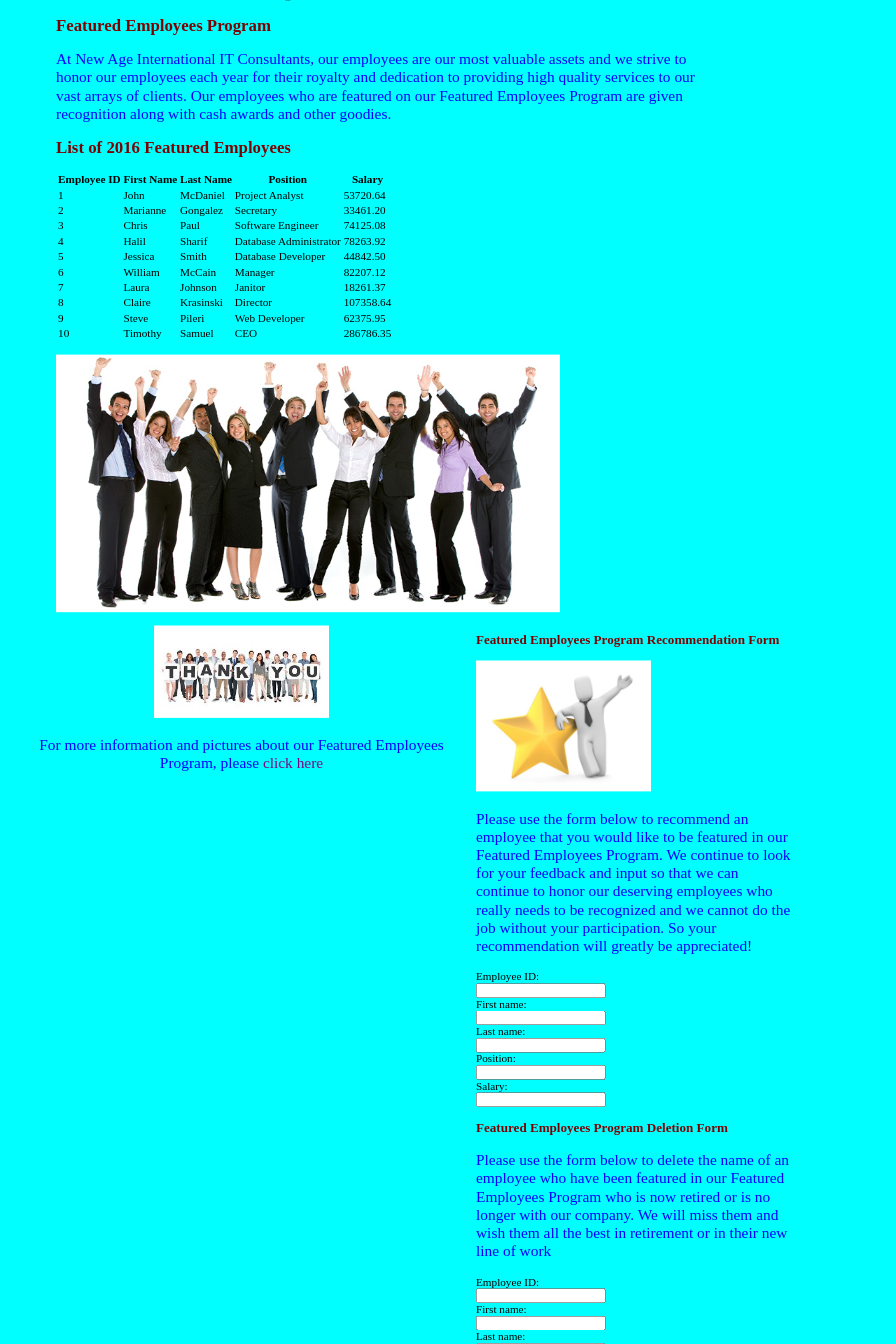
Repository: myjavaweb2/Week5JDBCAssignments
Page: myweek4project/src/main/webapp/employee.html
An editor plug-in stored every save of this project. The page is shown before and after the next save, followed by the edit.
The browser window is 1280 px wide. The pictures show the part of the page from y = 551 to 2471 px (the page is 2619 px tall before and 2624 px after), at 70% of full size.

Above is the page before, as saved 2016-08-30 19:32:25.

### myweek4project/src/main/webapp/employee.html
<!DOCTYPE html>
<html>
<head>
<meta charset="ISO-8859-1">
<title>Employee Recognition Program</title>

<link rel="stylesheet" type="text/css" href="styles.css">
</head>
<body>

	<header>

		<h1>New Age International IT Consultants</h1>

	</header>

	<main>

	<h2>We Are a Global Leaders in IT Consultants</h2>

	<p>New Age International IT Consultants is a worldwide IT
		consulting company that services many Fortune 500 companies. We
		provide support to reputable companies in the areas of software
		engineering, project management, IT analysis, database management
		systems, and information technology security. We also work with
		companies in screening their IT hires and provide mentoring to new
		hires and experienced company staffs.</p>

	<h3>List of our Major Services</h3>

	<ul>
		<li>Software Engineering</li>
		<li>Project Management</li>
		<li>Database Administration</li>
		<li>Web Design and Development</li>
		<li>IT Skills Recruitment and Mentoring</li>
	</ul>

	<h2>Featured Employees Program</h2>
	<p>At New Age International IT Consultants, our employees are our
		most valuable assets and we strive to honor our employees each year
		for their royalty and dedication to providing high quality services to
		our vast arrays of clients. Our employees who are featured on our
		Featured Employees Program are given recognition along with cash
		awards and other goodies.</p>

	<h2>List of 2016 Featured Employees</h2>

	<table class="table table-striped">
		<tr>
			<th>Employee ID</th>
			<th>First Name</th>
			<th>Last Name</th>
			<th>Position</th>
			<th>Salary</th>
		</tr>
		<tr>
			<td>1</td>
			<td>John</td>
			<td>McDaniel</td>
			<td>Project Analyst</td>
			<td>53720.64</td>
		</tr>
		<tr>
			<td>2</td>
			<td>Marianne</td>
			<td>Gongalez</td>
			<td>Secretary</td>
			<td>33461.20</td>
		</tr>
		<tr>
			<td>3</td>
			<td>Chris</td>
			<td>Paul</td>
			<td>Software Engineer</td>
			<td>74125.08</td>
		</tr>
		<tr>
			<td>4</td>
			<td>Halil</td>
			<td>Sharif</td>
			<td>Database Administrator</td>
			<td>78263.92</td>
		</tr>
		<tr>
			<td>5</td>
			<td>Jessica</td>
			<td>Smith</td>
			<td>Database Developer</td>
			<td>44842.50</td>
		</tr>
		<tr>
			<td>6</td>
			<td>William</td>
			<td>McCain</td>
			<td>Manager</td>
			<td>82207.12</td>
		</tr>
		<tr>
			<td>7</td>
			<td>Laura</td>
			<td>Johnson</td>
			<td>Janitor</td>
			<td>18261.37</td>
		</tr>
		<tr>
			<td>8</td>
			<td>Claire</td>
			<td>Krasinski</td>
			<td>Director</td>
			<td>107358.64</td>
		</tr>
		<tr>
			<td>9</td>
			<td>Steve</td>
			<td>Pileri</td>
			<td>Web Developer</td>
			<td>62375.95</td>
		</tr>
		<tr>
			<td>10</td>
			<td>Timothy</td>
			<td>Samuel</td>
			<td>CEO</td>
			<td>286786.35</td>
		</tr>
	</table>
	<br>
	<img alt="2016 Featured Employees" src="images/employees.jpg"> </main>

	<aside>
		<h3>Featured Employees Program Recommendation Form</h3>

		<img alt="2016 Featured Employees" src="images/employee_pride.jpg"
			width="250px">

		<p>Please use the form below to recommend an employee that you
			would like to be featured in our Featured Employees Program. We
			continue to look for your feedback and input so that we can continue
			to honor our deserving employees who really needs to be recognized
			and we cannot do the job without your participation. So your
			recommendation will greatly be appreciated!</p>

		<form action="">
				Employee ID:<br> <input type="text" name="employee_id"><br>
				First name:<br> <input type="text" name="first_name"><br>
				Last name:<br> <input type="text" name="last_name"><br>
				Position:<br> <input type="text" name="position"><br>
				Salary:<br> <input type="text" name="salary">
		</form>

		<h3>Featured Employees Program Deletion Form</h3>

		<p>Please use the form below to delete the name of an employee who
			have been featured in our Featured Employees Program who is now
			retired or is no longer with our company. We will miss them and wish
			them all the best in retirement or in their new line of work</p>

			<form action="">
				Employee ID:<br> <input type="text" name="employee_id"><br>
				First name:<br> <input type="text" name="first_name"><br>
				Last name:<br> <input type="text" name="last_name"><br>
				Position:<br> <input type="text" name="position"><br>
				Salary:<br> <input type="text" name="salary">
		</form>

	</aside>

	<footer>

		<img alt="2016 Featured Employees" src="images/employees2.jpg"
			width="250px">

		<p>For more information and pictures about our Featured
			Employees Program, please <a href="http://www.graymatterblog.com/peer-peer-recognition-programs-ignites-business/" target="_blank">click here</a></p>


	</footer>

</body>
</html>

### myweek4project/src/main/webapp/styles.css
html, body {
	margin: 0;
	padding: 0;
	border: 0;
	font-size: 100%;
	background-color: aqua;
}

header {
	height: 135px;
}

main {
	width: 950px;
	background-color: aqua;
	float: left;
	padding-left: 0;
	padding-right: 0;
	position: relative;
	right: 20px;
  	left: 80px;
  	top: 20px;
  	bottom: 15px;
}

aside {
	width: 450px;
	background-color: aqua;
	float: right;
	padding: 25px;
	padding-right: 150px;
}

footer {
	clear: left;
	padding: 35px;
	border: 5px;
	text-align: center;
}

p {
	font-style: Times New Roman, Tahoma, sans serif;
	font-size: 22px;
	color: blue;
}

h1, h2, h3 {
	font-family: fantasy, serif;
	color:maroon;
}

h1 {
	font-family: "Helvetica-Bold",Impact, sans serif;
	text-align: center;

}

ul {
	color:teal;
	font-size: 20px;
}
a {
	color: purple;
	text-decoration: none;
}

a:hover {

    text-decoration: line-through;
}

After the next save:
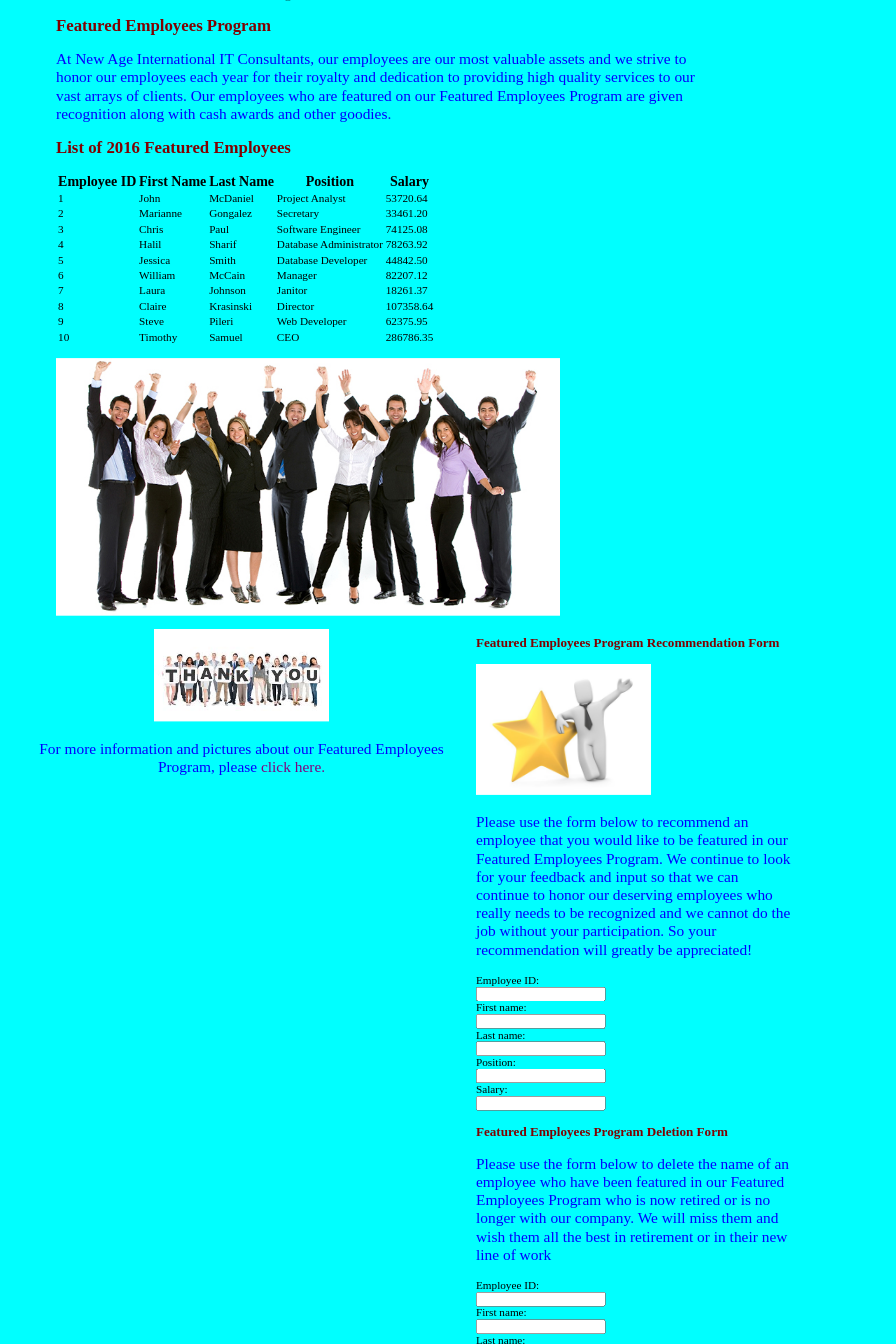
Saved 2 min 14 s later.
--- a/myweek4project/src/main/webapp/employee.html
+++ b/myweek4project/src/main/webapp/employee.html
@@ -172,7 +172,7 @@
 			width="250px">
 
 		<p>For more information and pictures about our Featured
-			Employees Program, please <a href="http://www.graymatterblog.com/peer-peer-recognition-programs-ignites-business/" target="_blank">click here</a></p>
+			Employees Program, please <a href="http://www.graymatterblog.com/peer-peer-recognition-programs-ignites-business/" target="_blank">click here.</a></p>
 
 
 	</footer>
--- a/myweek4project/src/main/webapp/styles.css
+++ b/myweek4project/src/main/webapp/styles.css
@@ -59,6 +59,11 @@ ul {
 	color:teal;
 	font-size: 20px;
 }
+
+th {
+	color:teal bold;
+	font-size: 20px;
+}
 a {
 	color: purple;
 	text-decoration: none;
